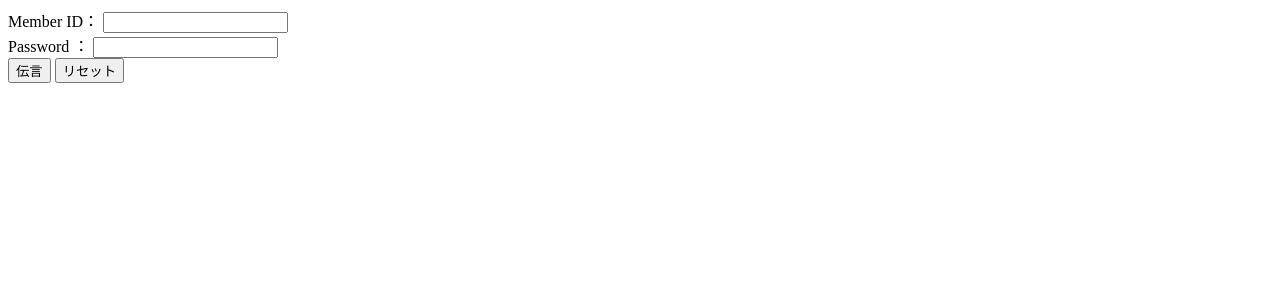
Repository: aiueo20/18ca0155
Page: SSP/kadai0302/WebContent/index.html
The author's editor kept a copy of each file at every save. The page is drawn from the files as they stood at one save, then again after the next save.
The browser window is 1280 px wide. The pictures show the whole page.

Above is the page before, as saved 2018-12-03 03:15:56.

After the next save:
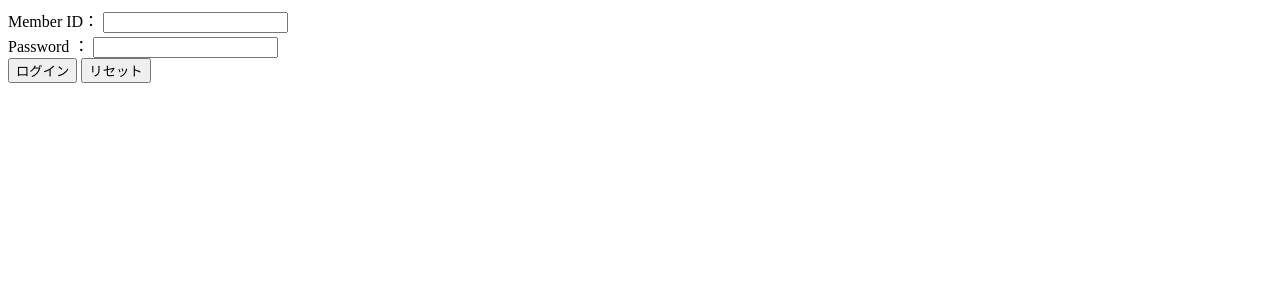
Saved 30 s later.
--- a/SSP/kadai0302/WebContent/index.html
+++ b/SSP/kadai0302/WebContent/index.html
@@ -8,7 +8,7 @@
 	<form action="" method="get">
 	Member ID： <input type="text"  name = "id"><br>
 	Password ： <input type="password"  name="pw"><br>
-	<input type="submit" value="伝言">
+	<input type="submit" value="ログイン">
 	<input type="reset" value="リセット" onclick="location.reload()"><br>
 
 
